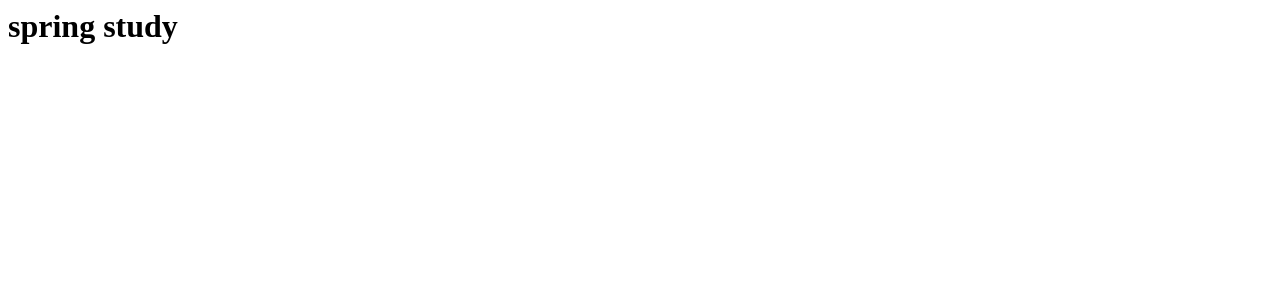
Repository: Github-AppData/2023_Springboot
Page: chapter0/src/main/resources/static/index.html
The author's editor kept a copy of each file at every save. The page is drawn from the files as they stood at one save, then again after the next save.
The browser window is 1280 px wide. The pictures show the whole page.

Above is the page before, as saved 2023-03-22 05:44:29.

After the next save:
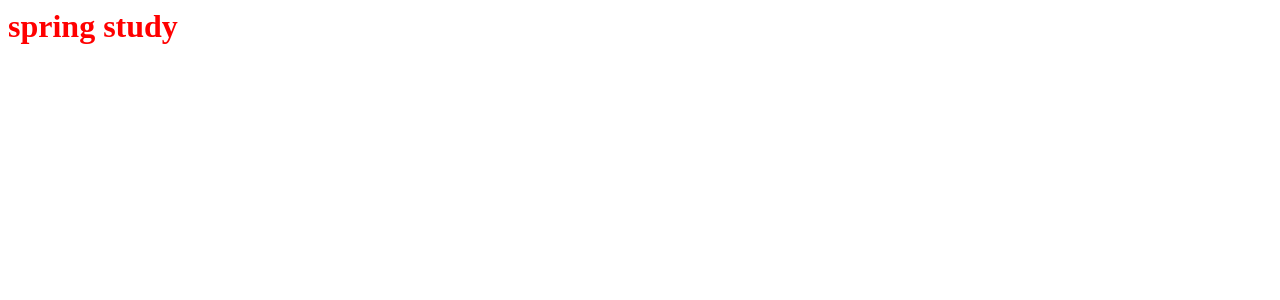
Saved 51 s later.
--- a/chapter0/src/main/resources/static/index.html
+++ b/chapter0/src/main/resources/static/index.html
@@ -1,13 +1,13 @@
 <html>
 	<head><meta lang="UTF-8">
 		<title>
+			ssssss
+		</title>
+		<style>
 			h1{
 				color: red;
 				font-family: 궁서체;
 			}
-		</title>
-		<style>
-
 		</style>
 	</head>
 	<body>
